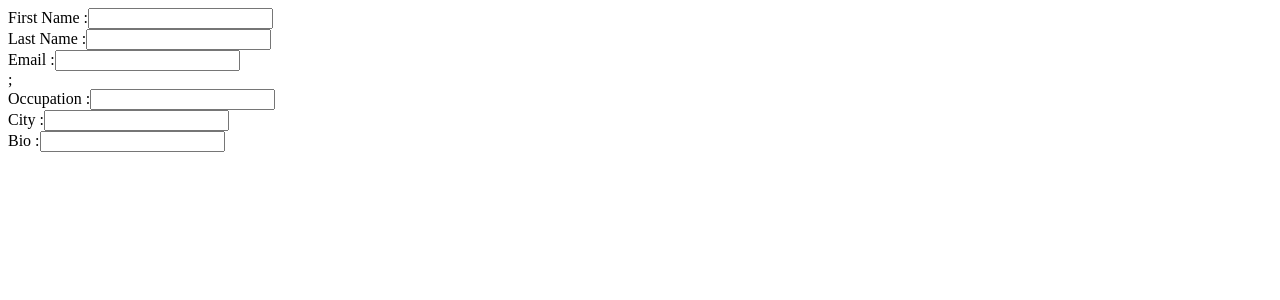
Repository: hemantsaini-7/React_Basics
Page: / (app in MultiStepForm/)
These files come from the project's save history. The page is drawn as it stood at one moment and after the next save; the edit follows.
The browser window is 1280 px wide. The pictures show the whole page.
The project was rebuilt for these pictures with package versions that can differ from the ones it lists, and the page was loaded fresh each time.

Above is the page before, as saved 2020-11-05 10:40:03.

After the next save:
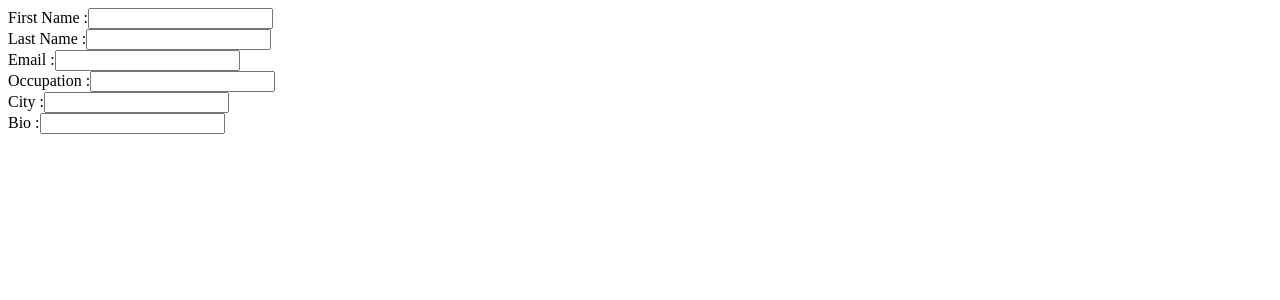
Saved 6 s later.
--- a/MultiStepForm/src/components/Page1.js
+++ b/MultiStepForm/src/components/Page1.js
@@ -29,7 +29,7 @@ function Page1() {
                 <label htmlFor="">Email :</label>
                 <input type="text" value={email} onChange={InputEvent} name="email"/>
             </div>
-            {console.log(data)};
+            {console.log(data)}
         </div>
     )
 }
